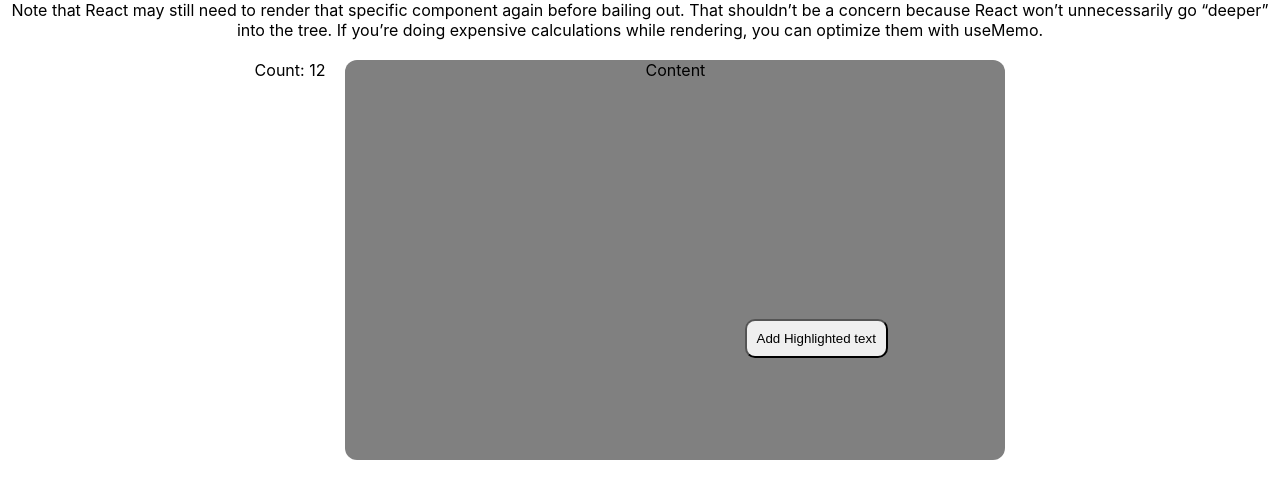
Repository: Farbod29/React-text-highlighter-with-hook-
Page: /
The author's editor kept a copy of each file at every save. The page is drawn from the files as they stood at one save, then again after a run of saves.
The browser window is 1280 px wide. The pictures show the whole page.
The project was rebuilt for these pictures with package versions that can differ from the ones it lists, and the page was loaded fresh each time.

Above is the page before, as saved 2022-02-18 21:37:02.

### src/App.js
import './App.css';
import Highlighter from './highlighter';
function App() {
  return (
    <div className="App">
      <Highlighter />
    </div>
  );
}

export default App;

### src/highlighter.js
import React, { useEffect, useState } from 'react';

export default function Highlighter() {
  let doit = () => {
    document.onmouseup = () => {
      console.log(window.getSelection().toString());
    };
  };
  const [count, setCount] = useState(12);
  return (
    <>
      <div>
        {' '}
        Note that React may still need to render that specific component again
        before bailing out. That shouldn’t be a concern because React won’t
        unnecessarily go “deeper” into the tree. If you’re doing expensive
        calculations while rendering, you can optimize them with useMemo.
      </div>
      Count: {count}
      {/* <button onClick={() => setCount((prevCount) => prevCount - 1)}>-</button> */}
      <div
        style={{
          padding: '0px 10px',
          height: '400px',
          width: '50vw',
          margin: '20px',
          borderRadius: '12px',
          backgroundColor: 'gray',
          inline: true,
          fontColor: 'red',
          display: 'inline-block',
          textAlign: 'center',
          position: 'relative',
        }}
      >
        Content
        <div
          style={{
            position: 'absolute',
            bottom: '8vw',
            left: '24vw',
            right: '2vw',
          }}
        >
          <button
            style={{ padding: '10px', borderRadius: '10px' }}
            onClick={() => setCount(12)}
          >
            {' '}
            Add Highlighted text{' '}
          </button>
        </div>
      </div>
      {doit()}
    </>
  );
}

Loaded but not shown: public/index.html (common file); src/index.js (common file); src/index.css (common file); src/reportWebVitals.js (common file); src/App.css (common file)

After the next 2 saves:
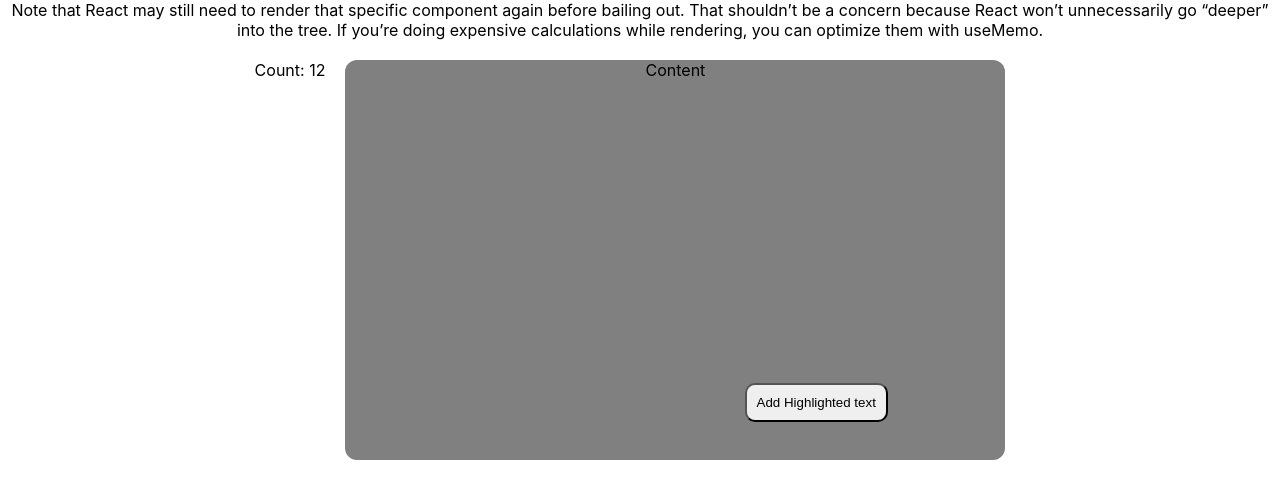
The 2 saves are shown as one change because they came seconds apart.
The last was saved 23 s later.
--- a/src/highlighter.js
+++ b/src/highlighter.js
@@ -37,7 +37,7 @@ export default function Highlighter() {
         <div
           style={{
             position: 'absolute',
-            bottom: '8vw',
+            bottom: '3vw',
             left: '24vw',
             right: '2vw',
           }}
